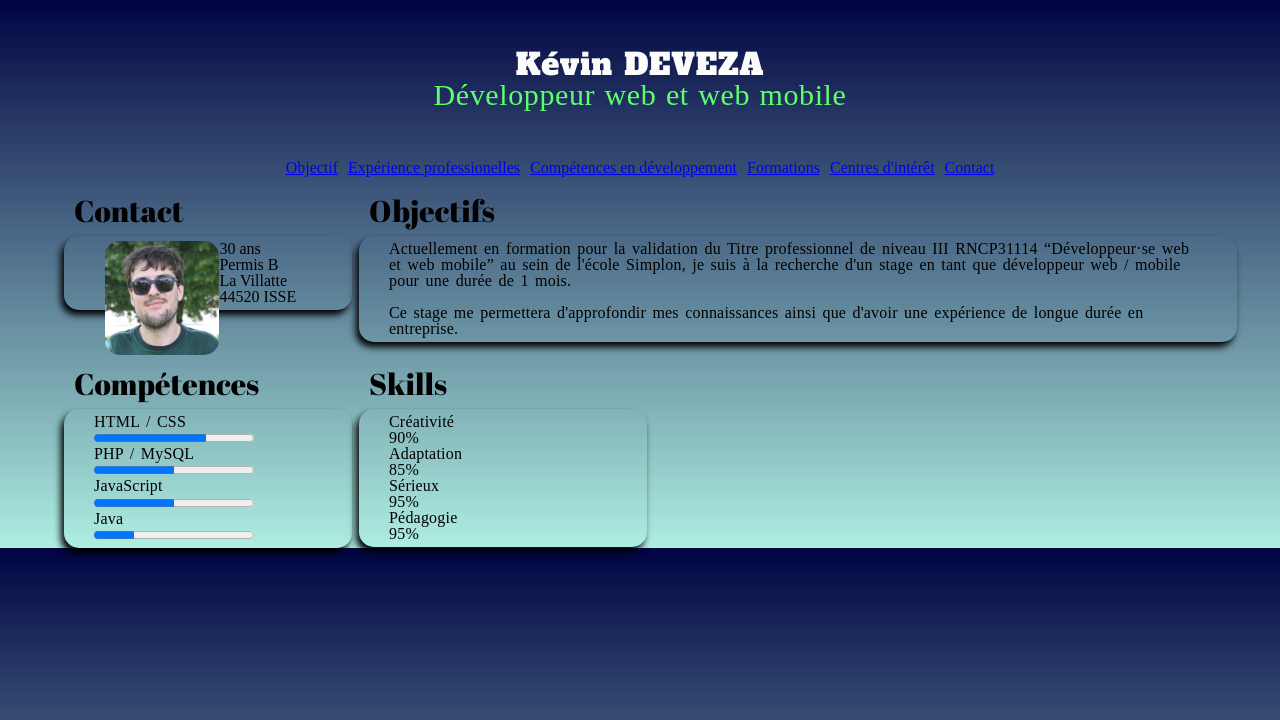
Repository: KevinDvZ/kevindvz.github.io
Page: index.html
These files come from the project's save history. The page is drawn as it stood at one moment and after the next save; the edit follows.
The browser window is 1280 px wide. The pictures show the whole page.

Above is the page before, as saved 2020-10-28 10:49:51.

### index.html
<!DOCTYPE html>
<html>
    <!--HEADER-->
<head>
    <title id="nomprenom">DEVEZA Kevin - Développeur Web et Web mobile.</title>
        <meta charset="utf-8" />
        <meta name="description" contents="CV de Kévin DEVEZA, développeur web  et web mobile junior."/>
        <link rel="stylesheet" href="css/cv_deveza.css" />
        <link rel="stylesheet" href="css/reset.css"/>
        <link href="https://fonts.googleapis.com/css2?family=Alfa+Slab+One&display=swap" rel="stylesheet">
        <link href="https://fonts.googleapis.com/css2?family=Abril+Fatface&display=swap" rel="stylesheet">
</head>

<body>

<header>

    <div class="text-center">
         <h1 id="nomprenom">Kévin DEVEZA</h1>
         <p id="metier">Développeur web et web mobile</p>
    </div>
</header>

<nav>
        <a class="menu" href="#intro">Objectif</a>
        <a class="menu" href="#experience">Expérience professionelles</a>
        <a class="menu" href="#langages">Compétences en développement</a>
        <a class="menu" href="#formations">Formations</a>
        <a class="menu" href="#interets">Centres d'intérêt</a>
        <a class="menu" href="#contact">Contact</a>
</nav>

<main>

<div id="cadre-obj">
        <h2 class="entete">Objectifs</h2>
        <div class="cadre">
        <p class="p-center">Actuellement en formation pour la validation du Titre professionnel de niveau III RNCP31114  “Développeur·se web et web mobile” au sein de l'école Simplon, je suis à la recherche d'un stage en tant que développeur web / mobile pour une durée de 1 mois.</p>
        <br>
    <p class="p-center">Ce stage me permettera d'approfondir mes connaissances ainsi que d'avoir une expérience de longue durée en entreprise.</p>
</div>
</div>

<div id="cadre-contact">
      <h2 class="entete">Contact</h2>
      <div class="cadre">
      <img src="assets/img/solaire_cv.jpg" alt="" class="img">
        <h3>30 ans</h3>
        <h3>Permis B</h3>
        <address>La Villatte 44520 ISSE</address>
      </div>
</div>

<div id="cadre-langages">
        <h2 class="entete">Compétences</h2>
        <div class="cadre">
            <div class="cadre-jauges">
        <p>HTML / CSS<p>
        <progress id="file" max="100" value="70"> 70% </progress>
        <p>PHP / MySQL</p>
        <progress id="file" max="100" value="50"> 50% </progress>
        <p>JavaScript</p>
        <progress id="file" max="100" value="50"> 30% </progress>
        <p>Java<p>
        <progress id="file" max="100" value="25"> 25% </progress>
    </div>
</div>
    </div>
<div id="cadre-competences">
    <h2 class="entete">Skills</h2>
    <div class="cadre">
        <p>Créativité</p>
        <p>90%</p>
        <p>Adaptation</p>
        <p>85%</p>
        <p>Sérieux</p>
        <p>95%</p>
        <p>Pédagogie</p>
        <p>95%</p></div>

</div>



</main>
<body>
</html>

### css/cv_deveza.css
header {
  padding: 30px;
  text-align: center;
}

.text-center {
  display: inline-block;
  text-align: center;
  padding: 50px;
}

#nomprenom {
  font-family: "Alfa Slab One", cursive;
  font-size: 30px;
  letter-spacing: 0.8px;
  word-spacing: 1.4px;
  color: #fcfcfc;
}

#metier {
  font-size: 30px;
  letter-spacing: 0.6px;
  word-spacing: 1.4px;
  color: #5fff6c;
  margin-bottom: auto;
}

nav {
  display: inline-block;
  text-align: center;
  width: 100%;
}
p {
  font-family: Georgia, serif;
  font-size: 14px;
  letter-spacing: 0.2px;
  word-spacing: 2.2px;
  color: #000000;
  font-weight: 400;
  text-decoration: rgb(68, 68, 68);
  font-style: normal;
  font-variant: normal;
  text-transform: none;
}

.pcenter {
  text-align: center;
}
.menu {
  margin: 3px 3px 3px 3px;
}

body {
  background: rgb(174, 238, 225);
  background: linear-gradient(
    0deg,
    rgba(174, 238, 225, 1) 0%,
    rgb(0, 4, 66) 100%
  );
}

main {
  margin-top: 20px;
  display: grid;
  gap: 9px 7px;
  height: auto;
  margin: 15px 5% auto 5%;
  grid-template-columns: repeat(4, 25%);
  grid-template-rows: auto;
  grid-template-areas: "contact obj obj obj";
}

#cadre-obj {
  grid-area: obj;
}

#cadre-contact {
  grid-area: contact;
}

.intro {
  margin: 20px 1px 0px 0px;
  display: grid;
  grid-area: intro;
  gap: 1% 25px;

  padding-left: 30px;
  border-radius: 15px;
  background: #ffffff;
}

.img {
  float: left;
  margin-left: 5%;
  margin-right: auto;
  width: 50%;
  border-radius: 15px;
}

.entete {
  font-family: "Abril Fatface", cursive;
  font-size: 30px;
  display: block;

  margin: 5px auto 10px 10px;
}

.cadre {
  -webkit-box-shadow: -3px 5px 7px 0px #000000;
  box-shadow: -3px 5px 7px 0px #000000;
  display: block;
  padding: 5px 30px 5px 30px;
  border-radius: 15px;
}

li {
  list-style: square;
}

#competences {
  background-color: aqua;
  float: left;
}

aside {
  float: left;
}

Loaded but not shown: css/reset.css (common file)

After the next save:
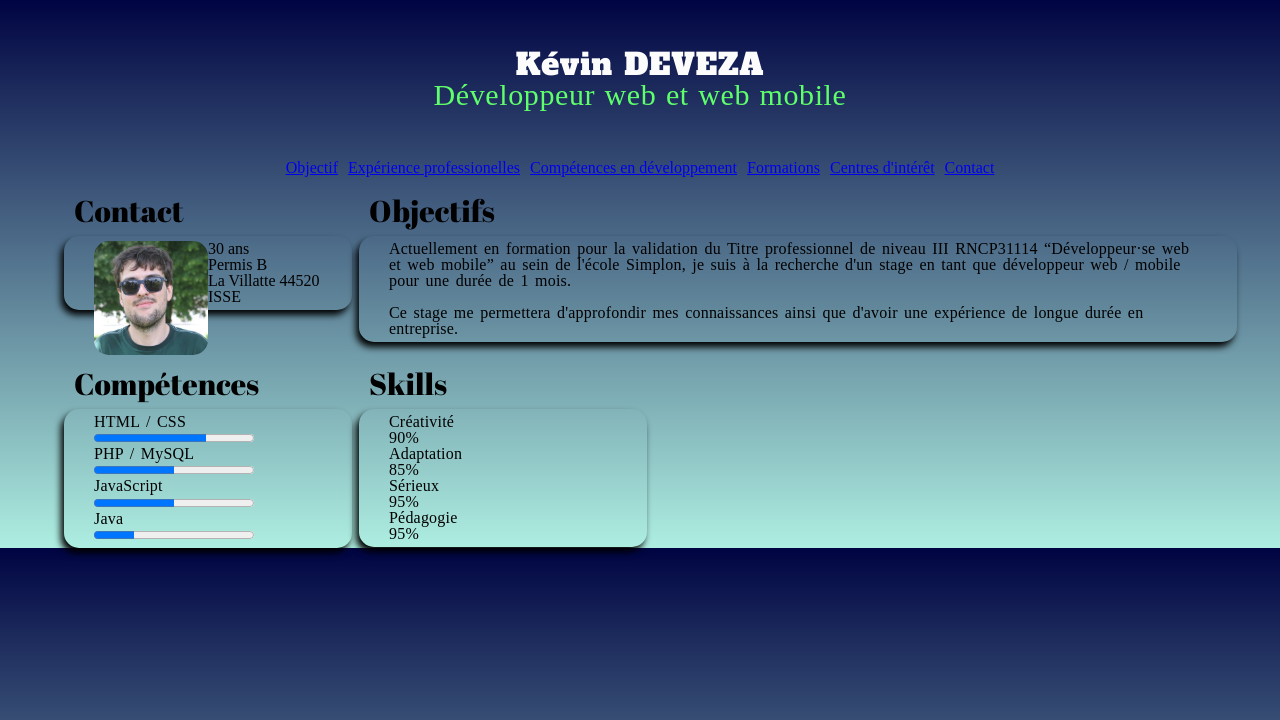
Saved 9 s later.
--- a/css/cv_deveza.css
+++ b/css/cv_deveza.css
@@ -91,8 +91,7 @@ main {
 
 .img {
   float: left;
-  margin-left: 5%;
-  margin-right: auto;
+
   width: 50%;
   border-radius: 15px;
 }
